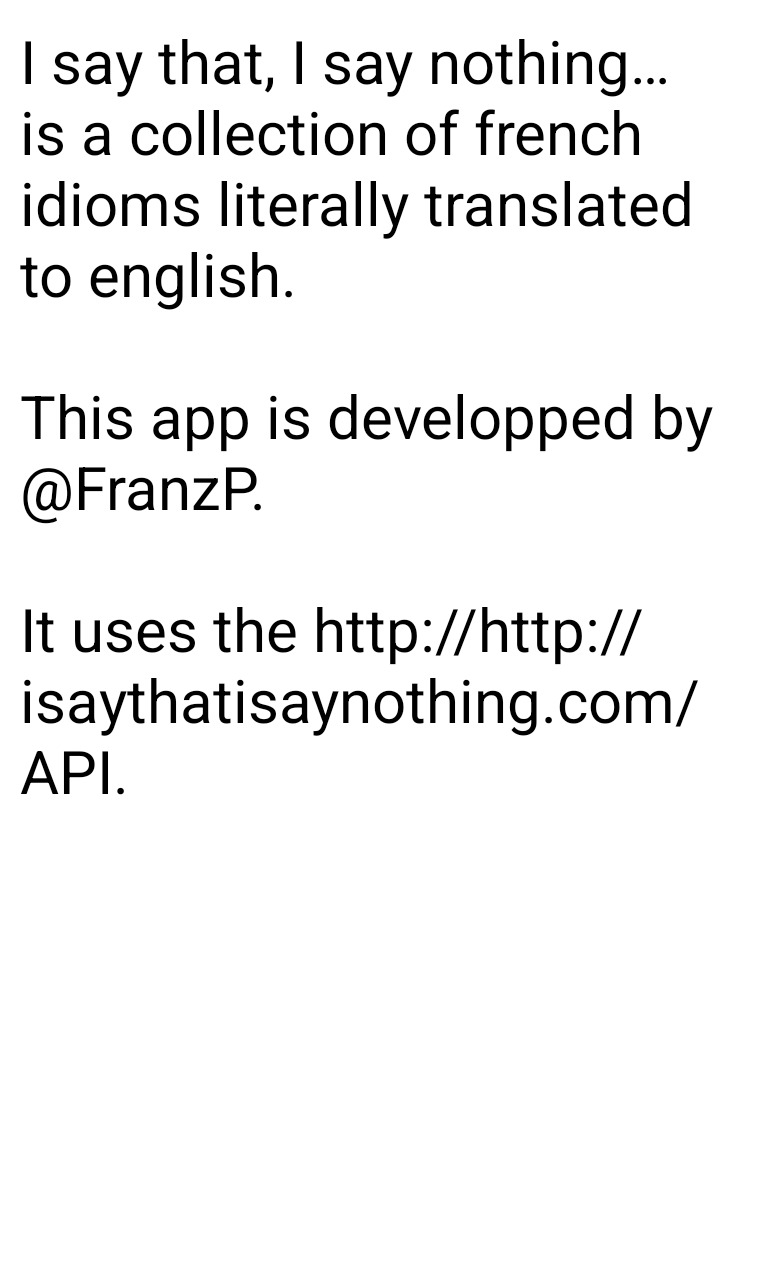
Repository: FranzPoize/ISTISN-Android
Layout: istisn/res/layout/about.xml
These files come from the project's save history. The layout is drawn as it stood at one moment and after the next save; the edit follows.
It is drawn on a 768 x 1280 px phone screen (xhdpi) without system bars, with theme android:Theme.NoTitleBar.Fullscreen; the app's code is not run.

Above is the layout before, as saved 2012-11-27 04:35:33.

### istisn/res/layout/about.xml
<?xml version="1.0" encoding="utf-8"?>
<LinearLayout xmlns:android="http://schemas.android.com/apk/res/android"
    android:layout_width="match_parent"
    android:layout_height="match_parent"
    android:orientation="vertical"
    android:background="@color/white" >
    <TextView
        android:layout_width="match_parent"
    	android:layout_height="match_parent"
    	android:text="@string/about_start"
    	android:id="@+id/about_text"
    	android:layout_margin="10dp"
    	android:textColor="@color/black"
    	android:textSize="30sp"/>

</LinearLayout>

### istisn/res/values/colors.xml
<resources>

    <color name="black">#000000</color>
    <color name="splash">#4F4F4F</color>
    <color name="white">#FFFFFF</color>
</resources>

### istisn/res/values/strings.xml
<resources>

    <string name="app_name">istisn</string>
    <string name="hello_world">Hello world!</string>
    <string name="menu_settings">Settings</string>
    <string name="title_activity_istisn">Istisn</string>
    <string name="about_start">I say that, I say nothing…" is a collection of french idioms literally translated to english.\n\nThis app is developped by @FranzP.\n\nIt uses the http://http://isaythatisaynothing.com/ API.</string>

</resources>

After the next save:
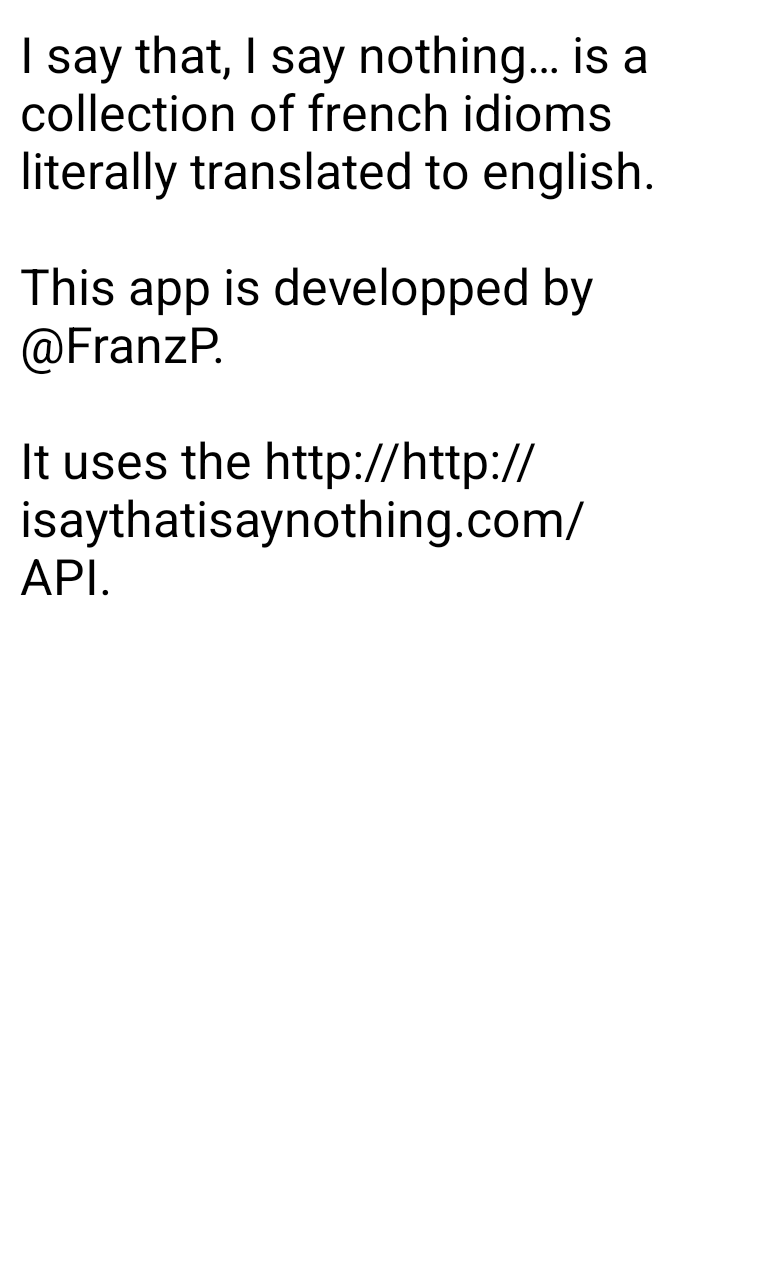
Saved 10 s later.
--- a/istisn/res/layout/about.xml
+++ b/istisn/res/layout/about.xml
@@ -11,6 +11,6 @@
     	android:id="@+id/about_text"
     	android:layout_margin="10dp"
     	android:textColor="@color/black"
-    	android:textSize="30sp"/>
+    	android:textSize="25sp"/>
 
 </LinearLayout>
